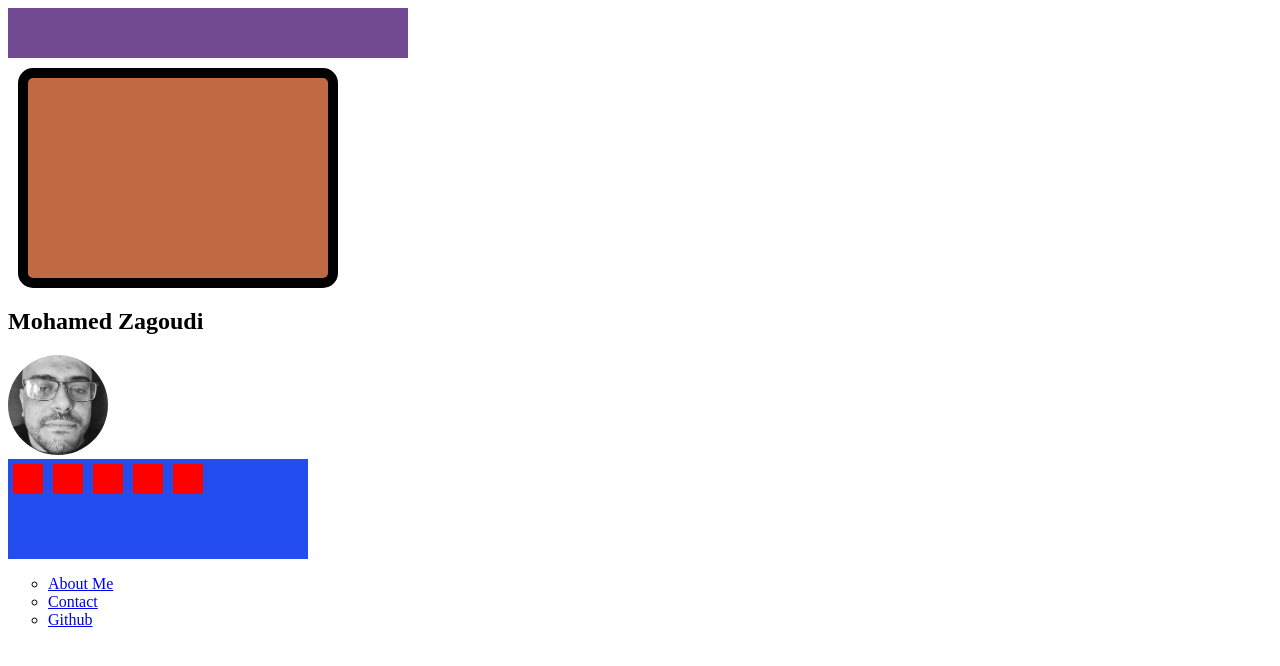
Repository: Mohzagou/Eersteportofolio
Page: index.html
An editor plug-in stored every save of this project. The page is shown before and after the next save, followed by the edit.
The browser window is 1280 px wide. The pictures show the whole page.

Above is the page before, as saved 2022-06-07 19:34:21.

After the next save:
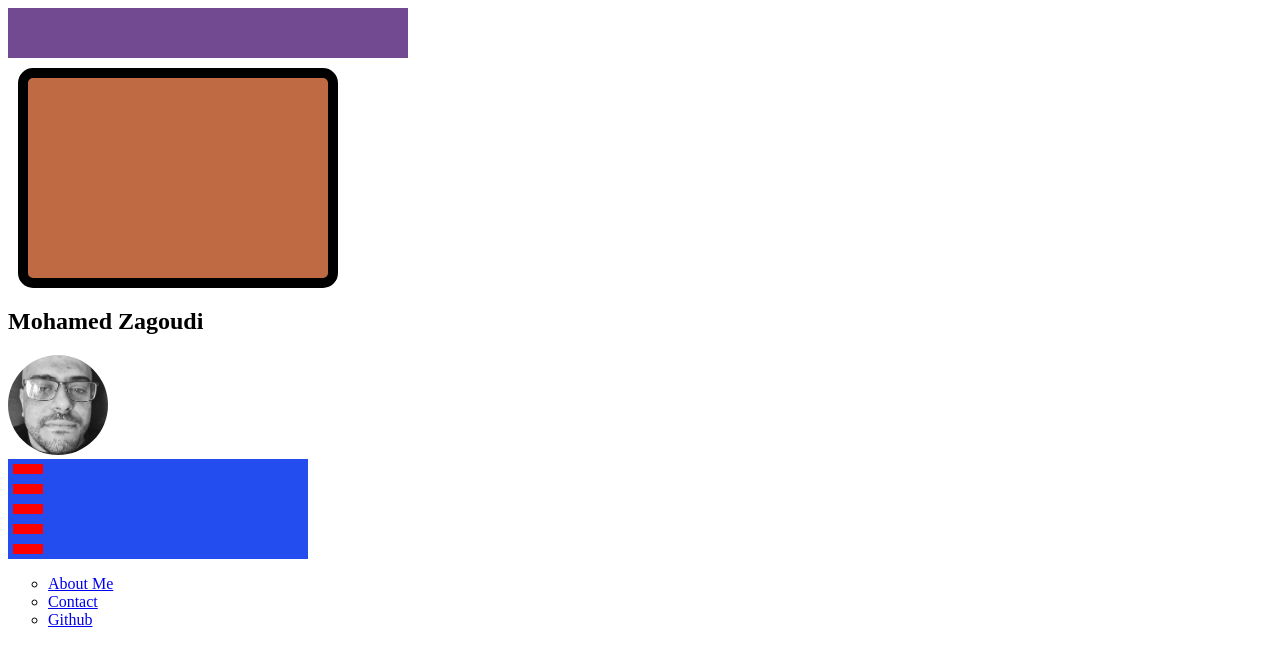
Saved 54 s later.
--- a/styles.css
+++ b/styles.css
@@ -9,7 +9,7 @@ section {
     height: 100px;
     background-color: #234def;
     display: flex;
-    flex-direction: : column;
+    flex-direction: column;
 }
 
 .about-me {
